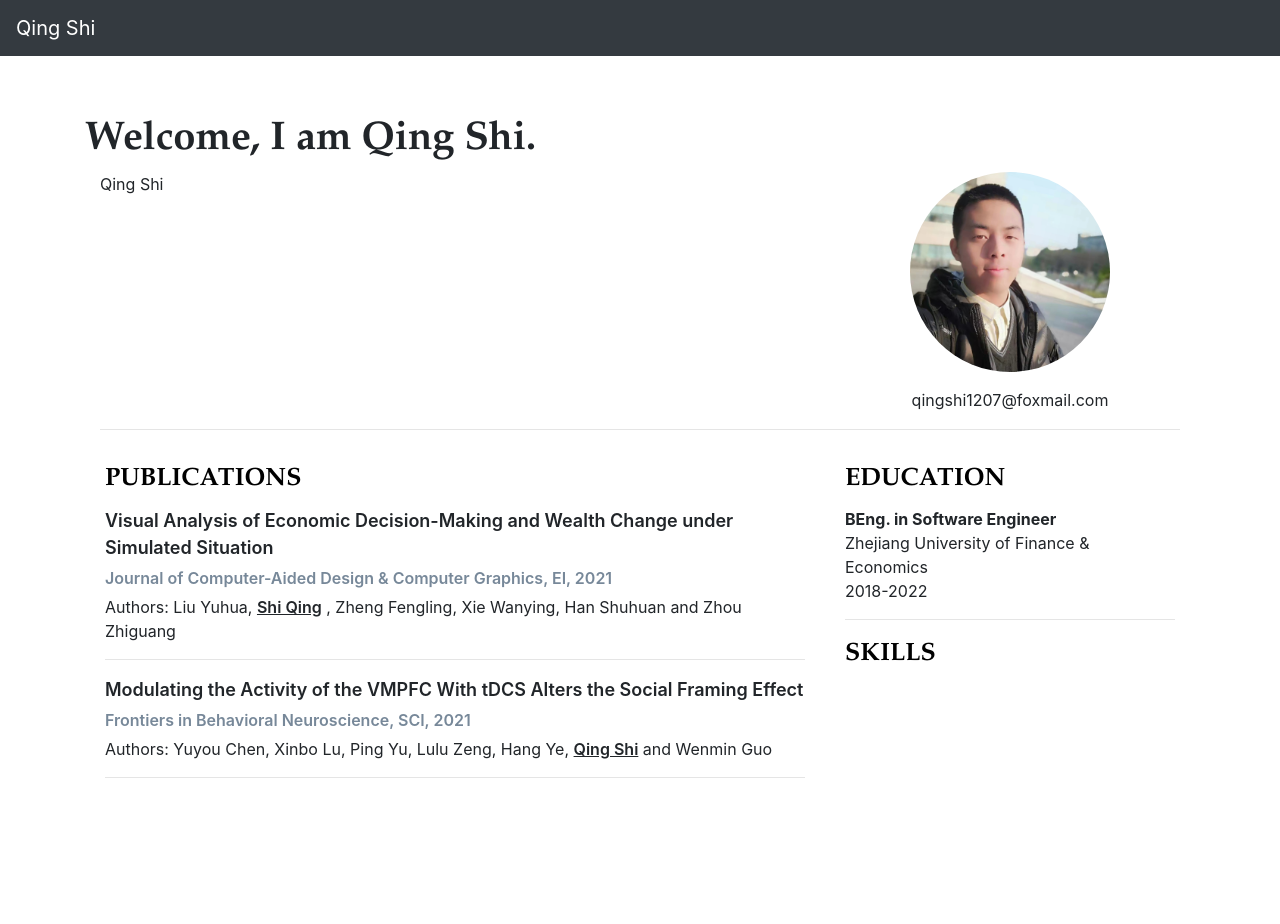
Repository: sqsssq/webpage
Page: index.html
An editor plug-in stored every save of this project. The page is shown before and after the next save, followed by the edit.
The browser window is 1280 px wide. The pictures show the whole page.
Some web libraries are served in a nearby version.

Above is the page before, as saved 2022-03-28 10:38:00.

After the next save:
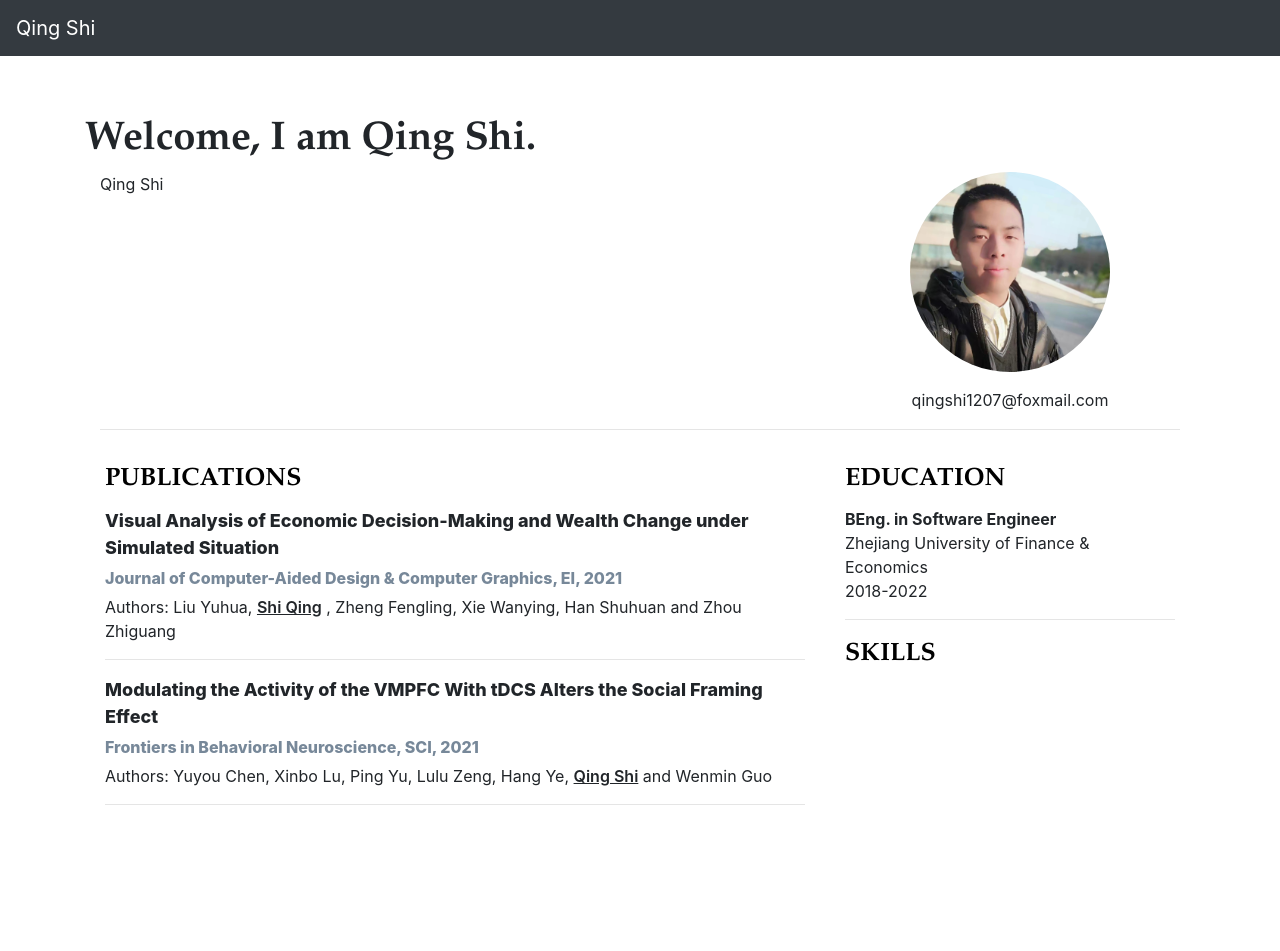
Saved 74 s later.
--- a/css/index.css
+++ b/css/index.css
@@ -55,7 +55,7 @@ body {
 }
 
 .public .ptitle {
-    font-weight: 600;
+    font-weight: 800;
     font-size: 18px;
 }
 
@@ -76,7 +76,7 @@ body {
 
 .public .full {
     font-size: 16px;
-    font-weight: 600;
+    font-weight: 800;
     color: lightslategray;
 }
 
